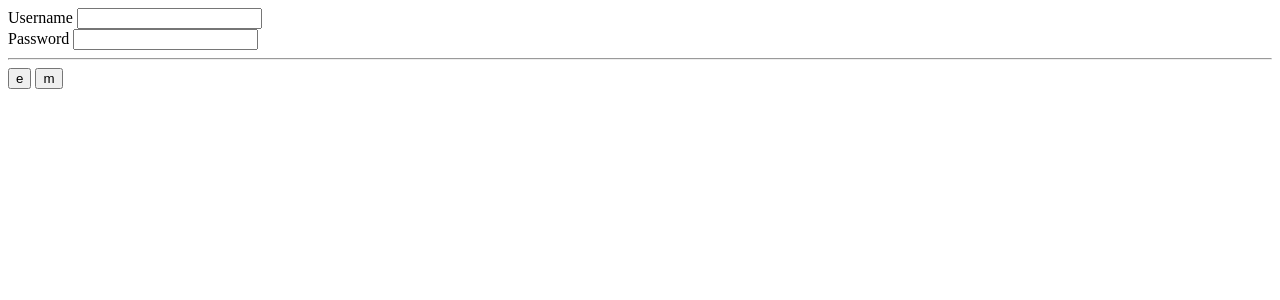
Repository: mavn2/ERS
Page: APP/ExpenseReimbursementSystem/src/main/webapp/index.html
The author's editor kept a copy of each file at every save. The page is drawn from the files as they stood at one save, then again after the next save.
The browser window is 1280 px wide. The pictures show the whole page.

Above is the page before, as saved 2021-03-30 02:25:52.

After the next save:
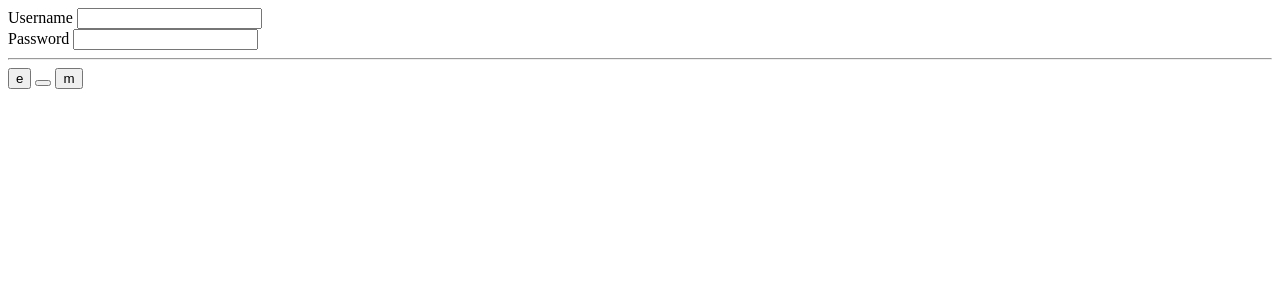
Saved 55 s later.
--- a/APP/ExpenseReimbursementSystem/src/main/webapp/index.html
+++ b/APP/ExpenseReimbursementSystem/src/main/webapp/index.html
@@ -13,6 +13,7 @@
 		<input type="text" name="password" />
 		<hr/>
 		<input type="submit" name="type" value="e" />
+		<button type="submit" name="type" value="e"></button>
 		<input type="submit" name="type" value="m"/>
 	</form>
 </body>
